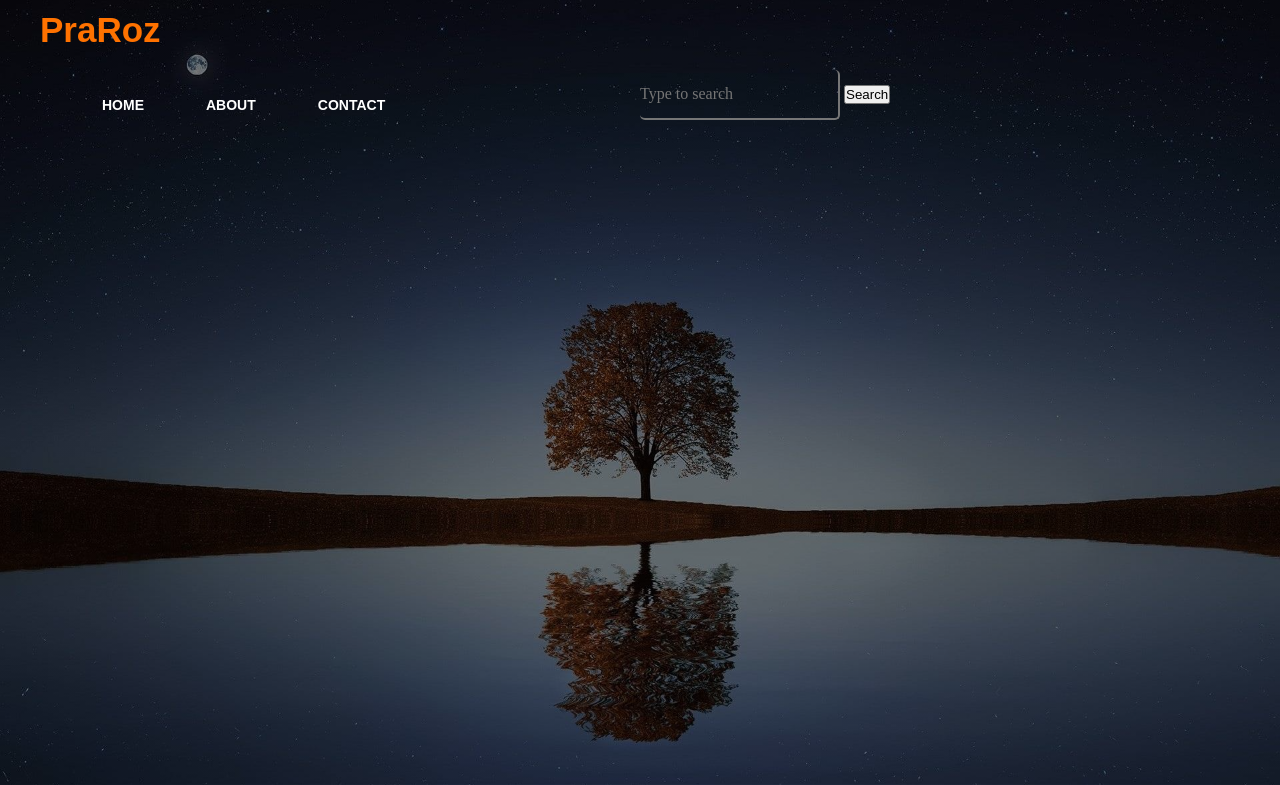
Repository: Cedrqmwesigwa/web-design-course
Page: index.html
An editor plug-in stored every save of this project. The page is shown before and after a run of saves, followed by the edit.
The browser window is 1280 px wide. The pictures show the whole page.

Above is the page before, as saved 2024-04-03 19:58:21.

After the next 3 saves:
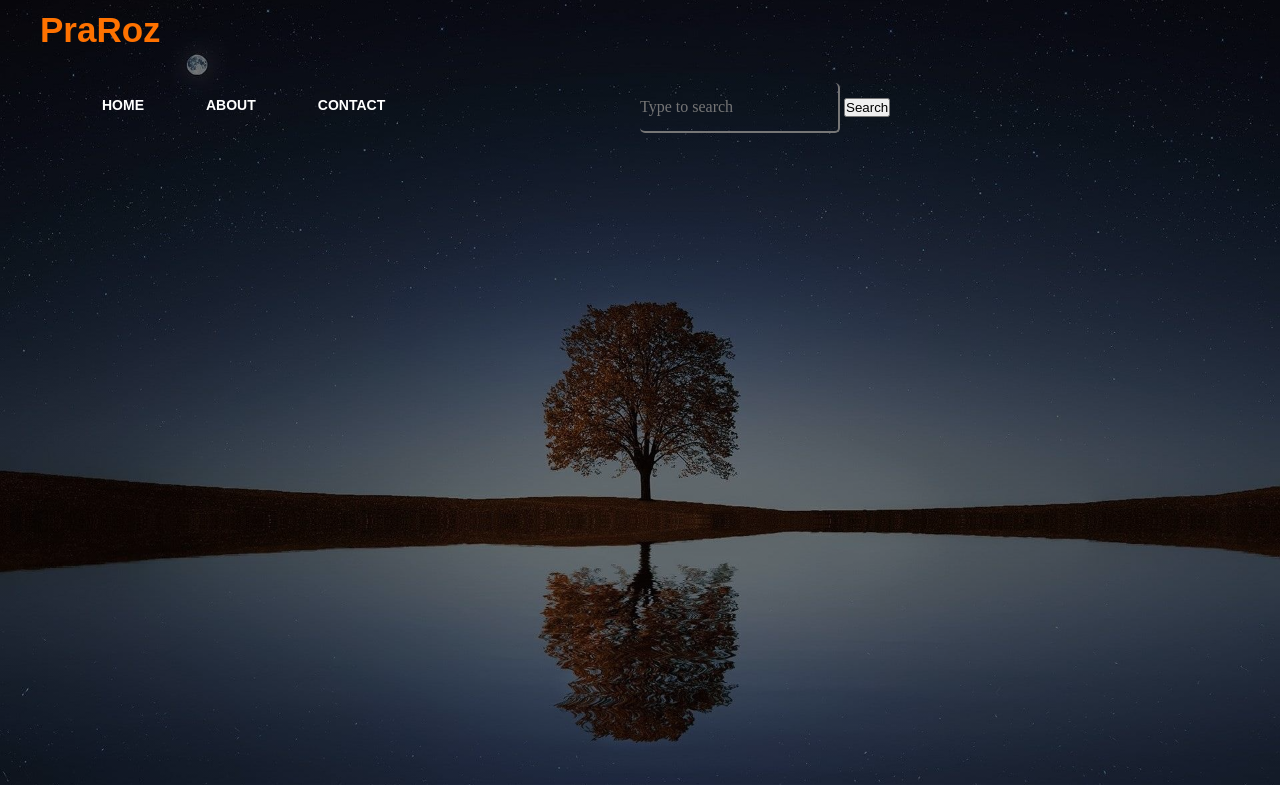
The 3 saves are shown as one change because they came seconds apart.
The last was saved 10 s later.
--- a/style.css
+++ b/style.css
@@ -79,7 +79,8 @@ ul li a:hover{
     border-left: 5px;
     font-size: 16px;
     color: white;
-    margin-top:
+    margin-top:13px;
+
 
 
 }
